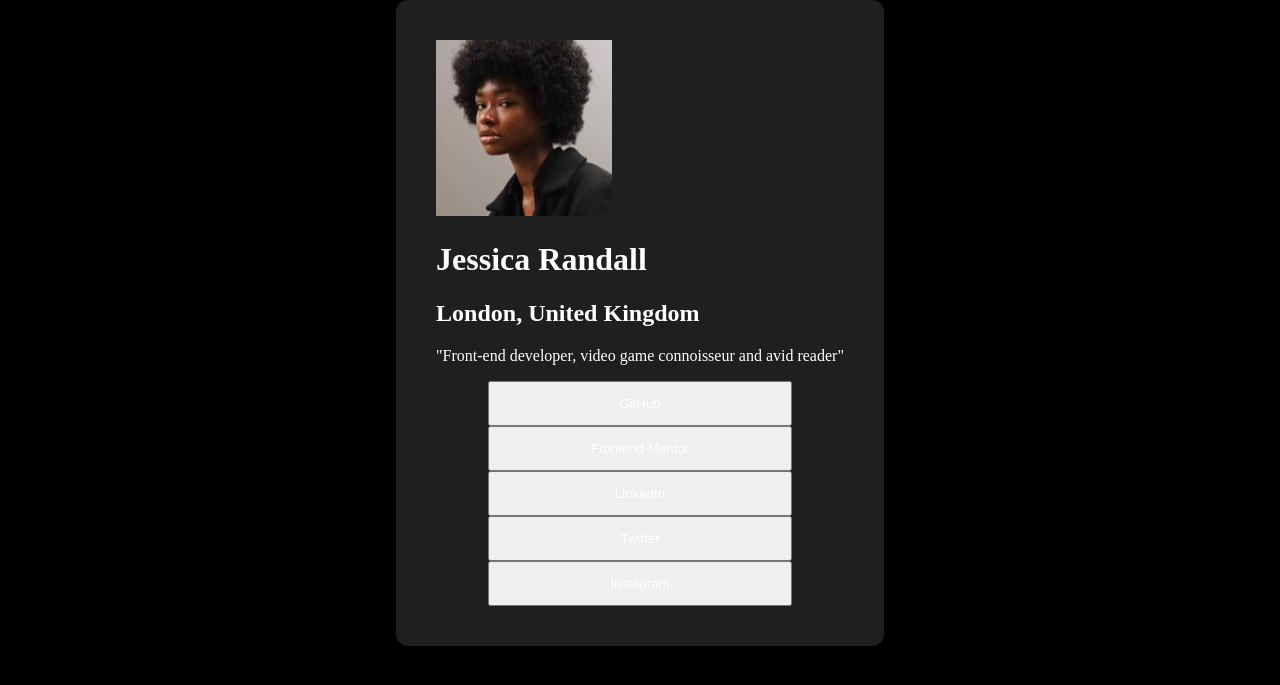
Repository: brandontaylor1/social-links-profile
Page: index.html
These files come from the project's save history. The page is drawn as it stood at one moment and after the next save; the edit follows.
The browser window is 1280 px wide. The pictures show the whole page.

Above is the page before, as saved 2024-12-25 17:07:48.

After the next save:
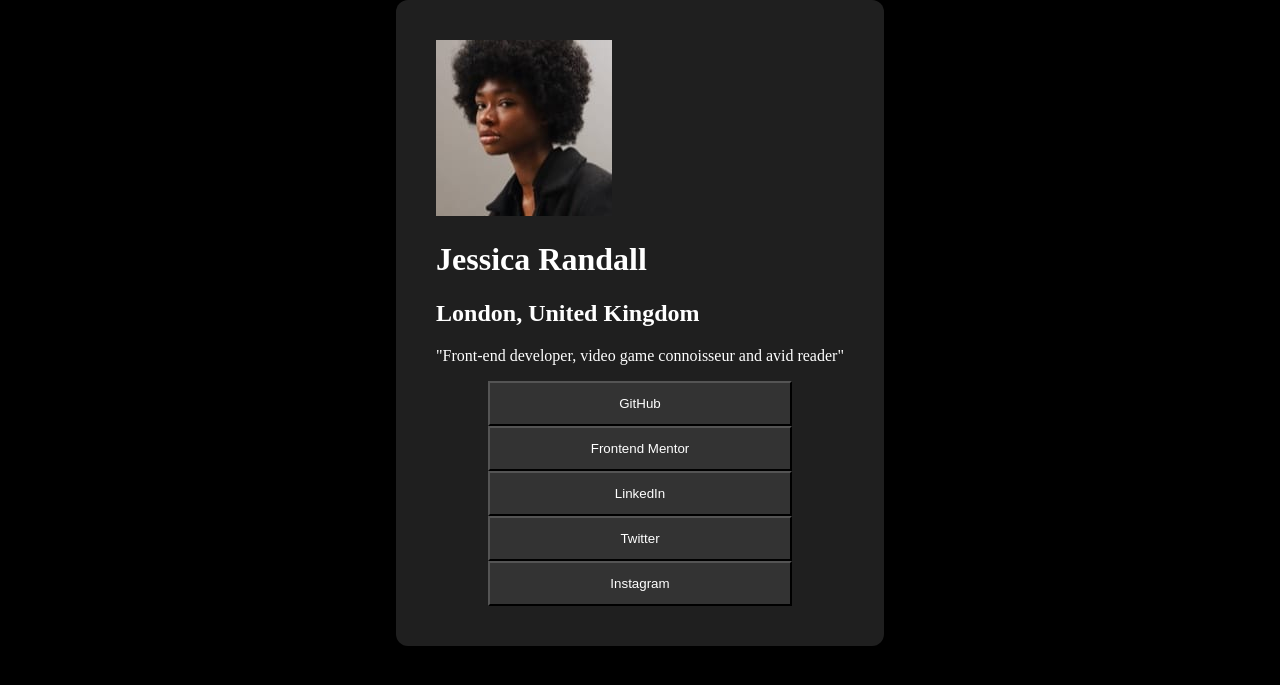
Saved 7 s later.
--- a/styles.css
+++ b/styles.css
@@ -44,7 +44,7 @@ body {
 .social-link-button {
     width: 304px;
     height: 45px;
-    background-color: ;
+    background-color: var(--gray-700);
 }
 
 a {
